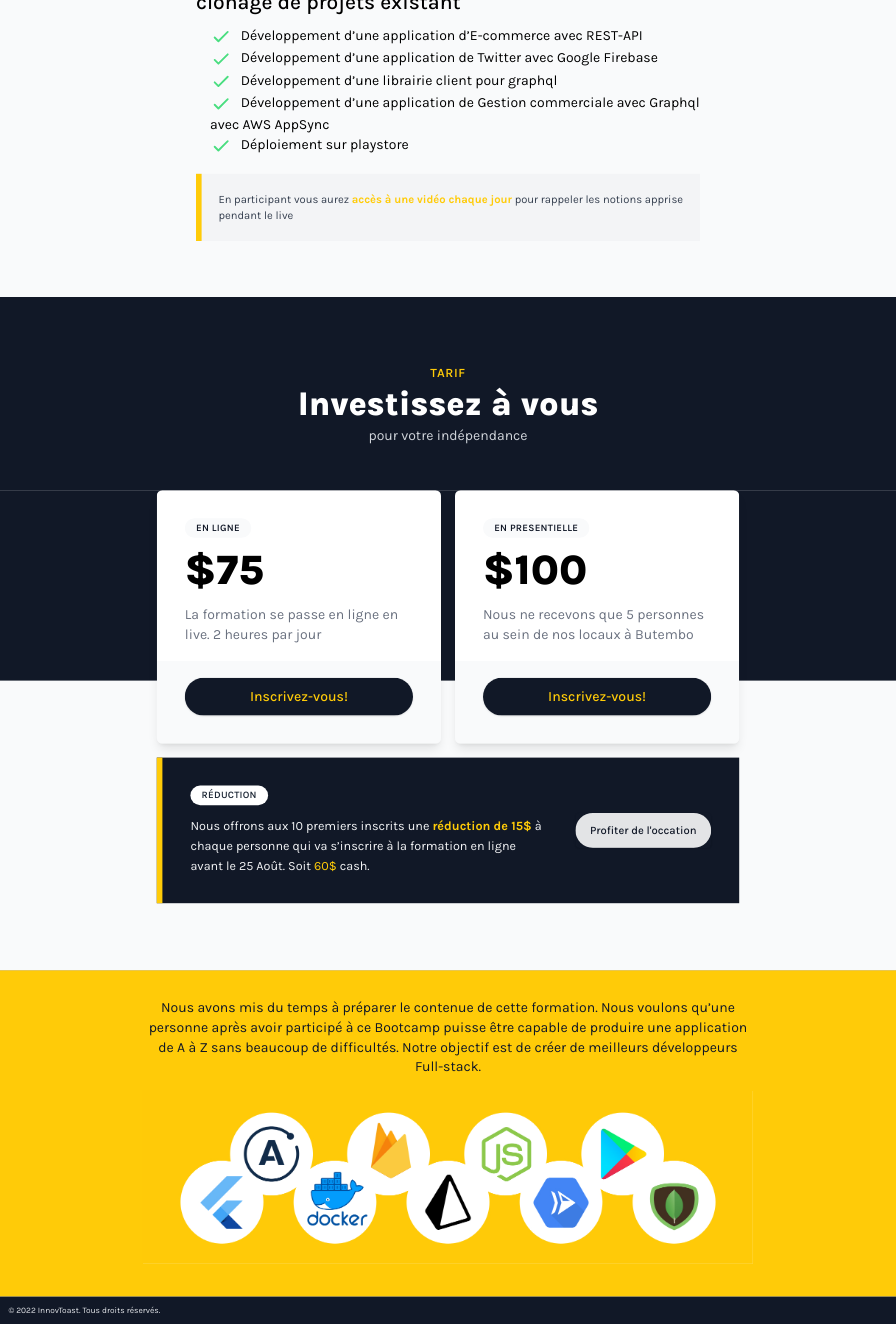
Repository: alfredlwanzo/course
Page: /
An editor plug-in stored every save of this project. The page is shown before and after the next save, followed by the edit.
The browser window is 1280 px wide. The pictures show the part of the page from y = 1956 to 3876 px (the page is 3848 px tall before and 3876 px after), at 70% of full size.
The project was rebuilt for these pictures with package versions that can differ from the ones it lists, and the page was loaded fresh each time. The framework's server and built-in components were replaced by stand-ins that run in the browser. Also part of the build but not shown: next.config.js.

Above is the page before, as saved 2022-08-09 18:06:30.

### pages/_app.tsx
import '../src/styles/globals.css'
import type { AppProps } from 'next/app'

function MyApp({ Component, pageProps }: AppProps) {
  return <Component {...pageProps} />
}

export default MyApp

### pages/_document.tsx
import NextDocument, { Html, Head, Main, NextScript } from "next/document";

type Props = {};

class MyDocument extends NextDocument<Props> {
  render() {
    return (
      <Html>
        <Head>
          <link rel="manifest" href="/manifest.json" />
          <link rel="apple-touch-icon" href="/icon.png"></link>
          <meta name="theme-color" content="#FFCB08" />
          <link rel="icon" href="/favicon.ico" />
        </Head>
        <body>
          <Main />
          <NextScript />
        </body>
      </Html>
    );
  }
}

export default MyDocument;

### pages/index.tsx
import type { NextPage } from "next";
import Head from "next/head";
import Footer from "@src/components/Footers/Footer";
import ContentSection from "@src/components/sections/Content";
import HomeSection from "@src/components/sections/Home";
import PricingSection from "@src/components/sections/Pricing";
import Image from "next/image";

const Home: NextPage = () => {
  return (
    <div className="">
      <Head>
        <title>Innov | Bootcamp pour devenir fullStack developpeur</title>
        <meta
          name="description"
          content="Une machine pour vous transformer en développeur Full-Stack"
        />
        <link rel="icon" href="/favicon.ico" />
      </Head>

      <main className="">
        <section className="bg-primary pt-12 md:pt-28 pb-14 md:pb-28">
          {/* section Home */}
          <HomeSection />
        </section>

        {/* section content */}
        <section className="py-6 md:py-20">
          <ContentSection />
        </section>

        {/* Section pricing */}
        <section>
          <PricingSection />
        </section>
        <section className="bg-primary py-10">
          <div className="max-w-4xl mx-auto px-3">
            <p className="md:text-center text-xl text-gray-900 max-w-4xl mx-auto">
              Nous avons mis du temps à préparer le contenue de cette formation. Nous voulons qu’une personne après avoir participé à ce
              Bootcamp puisse être capable de produire
              une application de A à Z sans beaucoup de difficultés. Notre
              objectif est de créer de meilleurs développeurs Full-stack.
            </p>
            <div className="mt-5">
              <Image
                src="/assets/images/affiche3.jpg"
                alt=""
                width={1658}
                height={469}
                className=""
              />
            </div>
          </div>
        </section>
      </main>

      <Footer />
    </div>
  );
};

export default Home;

### src/styles/globals.css

/* Fonts: Comfortaa & Karla */
@import url('https://fonts.googleapis.com/css2?family=Comfortaa:wght@300;400;500;600;700&display=swap');
@import url('https://fonts.googleapis.com/css2?family=Karla:ital,wght@0,200;0,300;0,400;0,500;0,600;0,700;0,800;1,200;1,300;1,400;1,500;1,600;1,700;1,800&display=swap');

/* tailwind */
@tailwind base;
@tailwind components;
@tailwind utilities;


html,
body {
  padding: 0;
  margin: 0;
  @apply bg-gray-50;
  font-family: 'Karla', sans-serif;
}

a {
  color: inherit;
  text-decoration: none;
}

* {
  box-sizing: border-box;
}

### src/components/Footers/Footer.tsx
import React from 'react'
import Copyright from './Copyright'


const Footer = () => {
  return (
    <div className='bg-gray-900'>
        <Copyright/>
    </div>
  )
}

export default Footer

### src/components/sections/Content.tsx
import React from "react";
import { CheckIcon } from "@heroicons/react/outline";

const ContentSection = () => {
  return (
    <article className="max-w-3xl mx-auto px-3 sm:px-6">
      <blockquote className="bg-gray-900 border-l-8 border-l-primary text-xl text-gray-200 p-4">
        <h6 className="text-primary text-3xl font-extrabold">Contenu de la formation</h6>
        Des projets de A à Z. Du frontend au backend en passant par la conception et l’usage des bonnes pratiques. (flutter, <span className="text-primary">nodejs</span>,  mongodb, <span className="text-primary">google cloud run</span>, docker, ...)
        {/* Nous avons mis du temps à préparer afin de produire un contenue riche. Nous avons appliqué une approche de rendre des notions complexes, faciles à apprendre. Nous voulons qu’une personne après avoir participer à cette formation puisse être capable de produire une application de A à Z sans beaucoup de difficultés. Notre Objectif est de créer de meilleurs développeurs Full-stack. */}
      </blockquote>
      {/* Chapter 1 */}
      <div className="mt-6">
        <h2 className="text-3xl font-medium">
          Chapitre 1. Développer des API pour votre application avec Nodejs
        </h2>
        <ul className="list-inside pl-5 mt-4">
          <li className="text-xl ">
            <CheckIcon className="inline-block h-8 w-8 mr-3 text-green-400" />
            Introduction général à nodejs
          </li>
          <li className="text-xl ">
            <CheckIcon className="inline-block h-8 w-8 mr-3 text-green-400" />
            Structure de contrôle
          </li>
          <li className="text-xl ">
            <CheckIcon className="inline-block h-8 w-8 mr-3 text-green-400" />
            Structure de données
          </li>
          <li className="text-xl ">
            <CheckIcon className="inline-block h-8 w-8 mr-3 text-green-400" />
            Introduction à Express.js
          </li>
          <li className="text-xl ">
            <CheckIcon className="inline-block h-8 w-8 mr-3 text-green-400" />
            Premier API REST avec Express
          </li>
          <li className="text-xl ">
            <CheckIcon className="inline-block h-8 w-8 mr-3 text-green-400" />
            Notion sur Mongodb
          </li>
          <li className="text-xl ">
            <CheckIcon className="inline-block h-8 w-8 mr-3 text-green-400" />
            Express et Mongodb + Prisma
          </li>
          <li className="text-xl ">
            <CheckIcon className="inline-block h-8 w-8 mr-3 text-green-400" />
            Notion sur le Graphql
          </li>
          <li className="text-xl ">
            <CheckIcon className="inline-block h-8 w-8 mr-3 text-green-400" />
            Apollo-graphql + mongoose
          </li>
        </ul>
      </div>
      {/* Chapitre 2 */}
      <div className="mt-6">
        <h2 className="text-3xl font-medium">
          Chapitre 2. Mise en pratique de développement serveur
        </h2>
        <ul className="list-inside pl-5 mt-4 ">
          <li className="text-xl ">
            <CheckIcon className="inline-block h-8 w-8 mr-3 text-green-400" />
            REST-API d’E-commerce avec express et mongodb
          </li>
          <li className="text-xl ">
            <CheckIcon className="inline-block h-8 w-8 mr-3 text-green-400" />
            Graphql-API d’application de gestion avec apollo-server et mongodb
          </li>
          <li className="text-xl ">
            <CheckIcon className="inline-block h-8 w-8 mr-3 text-green-400" />
            Dockerfile
          </li>
          <li className="text-xl ">
            <CheckIcon className="inline-block h-8 w-8 mr-3 text-green-400" />
            Déploiement sur Google cloud Run
          </li>
        </ul>
      </div>
      <blockquote className="border-l-8 border-l-primary p-6 mt-6 bg-gray-100 text-gray-700">
      Avec 6 projets réels à développer,
            nous espèrons que vous allez aimer l’aventure.{" "}
            <span className="font-comfortaa font-bold">Innov</span> (notre
            équipe) prépare les séances avec totale concentration, dans le but
            de vous fournir du contenu riche et surtout simple à comprendre.
      </blockquote>
      {/* Chapitre 3 */}
      <div className="mt-6">
        <h2 className="text-3xl font-medium">
          Chapitre 3. Développement mobile avec Flutter
        </h2>
        <ul className="list-inside pl-5 mt-4 ">
          <li className="text-xl ">
            <CheckIcon className="inline-block h-8 w-8 mr-3 text-green-400" />
            Introduction au langage Dart
          </li>
          <li className="text-xl ">
            <CheckIcon className="inline-block h-8 w-8 mr-3 text-green-400" />
            Introduction à flutter
          </li>
          <li className="text-xl ">
            <CheckIcon className="inline-block h-8 w-8 mr-3 text-green-400" />
            Composants (Widgets)
          </li>
          <li className="text-xl ">
            <CheckIcon className="inline-block h-8 w-8 mr-3 text-green-400" />
            State management (Provider)
          </li>
          <li className="text-xl ">
            <CheckIcon className="inline-block h-8 w-8 mr-3 text-green-400" />
            Flutter et Firebase
          </li>
          <li className="text-xl ">
            <CheckIcon className="inline-block h-8 w-8 mr-3 text-green-400" />
            Flutter et SQLite pour le stockage local
          </li>
          <li className="text-xl ">
            <CheckIcon className="inline-block h-8 w-8 mr-3 text-green-400" />
            Flutter pour le Media (Camera, Image, vidéo, audio)
          </li>
        </ul>
      </div>
       {/* Chapitre 4 */}
       <div className="mt-6">
        <h2 className="text-3xl font-medium">
          Chapitre 4. Mise en pratique complète, Section de clonage de projets existant
        </h2>
        <ul className="list-inside pl-5 mt-4 ">
          <li className="text-xl ">
            <CheckIcon className="inline-block h-8 w-8 mr-3 text-green-400" />
            Développement d’une application d’E-commerce avec REST-API
          </li>
          <li className="text-xl ">
            <CheckIcon className="inline-block h-8 w-8 mr-3 text-green-400" />
            Développement d’une application de Twitter avec Google Firebase
          </li>
          <li className="text-xl ">
            <CheckIcon className="inline-block h-8 w-8 mr-3 text-green-400" />
            Développement d’une librairie client pour graphql
          </li>
          <li className="text-xl ">
            <CheckIcon className="inline-block h-8 w-8 mr-3 text-green-400" />
            Développement d’une application de Gestion commerciale avec Graphql avec AWS AppSync
          </li>
          <li className="text-xl ">
            <CheckIcon className="inline-block h-8 w-8 mr-3 text-green-400" />
            Déploiement sur playstore
          </li>
        </ul>
      </div>
      <blockquote className="border-l-8 border-l-primary p-6 mt-6 bg-gray-100 text-gray-700">
        En participant vous aurez <span className="font-bold text-primary">accès à une vidéo chaque jour</span> pour rappeler les notions apprise pendant le live
      </blockquote>
    </article>
  );
};

export default ContentSection;

### src/components/sections/Home.tsx
import React from "react";
import SubscribeButton from "../buttons/SubscribeButton";
import PairProgramming from "../icons/PairProgramming";

const HomeSection = () => {
  return (
    <div className="max-w-7xl mx-auto px-3 sm:px-6">
      <div className="grid md:grid-cols-2 gap-10 lg:gap-0">
        <div className="border-l-8 border-l-gray-900 pl-3">
          <div className="bg-gray-700 bg-opacity-40 w-max py-1 px-3 rounded-full">
            <h6 className="font-bold text-sm md:text-base text-primary">
              Du 1 septembre au 25 octobre 2022.
            </h6>
          </div>
          <h1 className="text-4xl sm:text-5xl text-gray-900 font-extrabold uppercase mt-2">
            Bootcamp pour devenir full-stack developpeur
          </h1>
          <p className="text-xl mt-2 text-gray-900">
            Une machine pour vous transformer en développeur
            Full-Stack. Vous allez apprendre plusieurs notions difficiles à
            trouver dans nos universités.
          </p>
          <div className="hidden md:block mt-9">
            <SubscribeButton />
          </div>
        </div>
        <div className="flex flex-col items-center justify-center">
          <PairProgramming className="w-auto h-48 sm:h-52 md:h-80 -bottom-10" />
          <div className="block md:hidden mt-12">
            <SubscribeButton />
          </div>
        </div>
      </div>
    </div>
  );
};

export default HomeSection;

### src/components/sections/Pricing.tsx

const tiers = [
  {
    name: 'En ligne',
    href: 'https://wa.me/+243978154329',
    price: 75,
    description: "La formation se passe en ligne en live.  2 heures par jour",
  },
  {
    name: 'En presentielle',
    href: 'https://wa.me/+243978154329',
    price: 100,
    description: 'Nous ne recevons que 5 personnes au sein de nos locaux à Butembo',
  },
]

export default function PricingSection() {
  return (
    <div className="bg-gray-900">
      <div className="pt-12 sm:pt-16 lg:pt-24">
        <div className="max-w-4xl mx-auto text-center px-4 sm:px-6 lg:px-8">
          <div className="max-w-3xl mx-auto space-y-2 lg:max-w-none">
            <h2 className="text-lg leading-6 font-semibold text-primary uppercase tracking-wider">Tarif</h2>
            <p className="text-3xl font-extrabold text-white sm:text-4xl lg:text-5xl">
            Investissez à vous
            </p>
            <p className="text-xl text-gray-300">
              pour votre indépendance
            </p>
          </div>
        </div>
      </div>
      <div className="mt-8 pb-12 bg-gray-50 sm:mt-12 sm:pb-16 lg:mt-16 lg:pb-24">
        <div className="relative">
          <div className="absolute inset-0 h-3/4 bg-gray-900" />
          <div className="relative z-10 max-w-4xl mx-auto px-4 sm:px-6 lg:px-8">
            <div className="max-w-md mx-auto space-y-4 lg:max-w-5xl lg:grid lg:grid-cols-2 lg:gap-5 lg:space-y-0">
              {tiers.map((tier) => (
                <div key={tier.name} className="flex flex-col rounded-lg shadow-lg overflow-hidden">
                  <div className="px-6 py-8 bg-white sm:p-10 sm:pb-6">
                    <div>
                      <h3
                        className="inline-flex px-4 py-1 rounded-full text-sm font-semibold tracking-wide uppercase bg-gray-50 text-gray-900"
                        id="tier-standard"
                      >
                        {tier.name}
                      </h3>
                    </div>
                    <div className="mt-4 flex items-baseline text-6xl font-extrabold">
                      ${tier.price}
                    </div>
                    <p className="mt-5 text-xl text-gray-500">{tier.description}</p>
                  </div>
                  <div className="flex-1 flex flex-col justify-between px-6 pt-6 pb-8 bg-gray-50 space-y-6 sm:p-10 sm:pt-6">

                    <div className="rounded-full shadow">
                      <a
                        href={tier.href}
                        target="_blank"
                        rel="noreferrer"
                        className="flex items-center justify-center px-5 py-3 border border-transparent text-xl font-medium rounded-full text-primary bg-gray-900 hover:bg-gray-900"
                        aria-describedby="tier-standard"
                      >
                        Inscrivez-vous!
                      </a>
                    </div>
                  </div>
                </div>
              ))}
            </div>
          </div>
        </div>
        <div className="mt-4 relative max-w-4xl mx-auto px-4 sm:px-6 lg:px-8 lg:mt-5">
          <div className="max-w-md mx-auto lg:max-w-5xl">
            <div className="border-l-8 border-l-primary bg-gray-900 px-6 py-8 sm:p-10 lg:flex lg:items-center">
              <div className="flex-1">
                <div>
                  <h3 className="inline-flex px-4 py-1 rounded-full text-sm font-semibold tracking-wide uppercase bg-white text-gray-800">
                    Réduction
                  </h3>
                </div>
                <div className="mt-4 text-lg text-gray-100">
                Nous offrons aux 10 premiers inscrits une <span className="font-bold text-primary">réduction de 15$</span> à chaque personne qui va s’inscrire à la formation en ligne avant le 25 Août. Soit <span className="text-primary">60$</span> cash.
                </div>
              </div>
              <div className="mt-6 rounded-md shadow lg:mt-0 lg:ml-10 lg:flex-shrink-0">
                <a
                  href="https://wa.me/+243978154329"
                  target="_blank"
                  rel="noreferrer"
                  className="flex items-center justify-center animate-pulse px-5 py-3 border border-transparent text-base font-medium rounded-full text-gray-900 bg-white hover:bg-gray-50"
                >
                  Profiter de l&apos;occation
                </a>
              </div>
            </div>

          </div>
        </div>
      </div>
    </div>
  )
}

### src/components/Footers/Copyright.tsx
import React from 'react'

const Copyright = () => {
  return (
    <div className='max-w-7xl mx-auto px-3 sm:px-6" py-3 text-gray-200 '>
        <p className='text-xs'>© 2022 InnovToast. Tous droits réservés.</p>
    </div>
  )
}

export default Copyright

### src/components/buttons/SubscribeButton.tsx
import React from "react";

const SubscribeButton = () => {
  return (
    <a
      href="https://wa.me/+243978154329"
      target="_blank"
      rel="noreferrer"
      className="bg-gray-900 text-primary animate-pulse py-4 px-10 text-xl font-semibold rounded-full border-4 border-gray-800 hover:bg-opacity-95 hover:border-gray-900"
    >
      Inscrivez-vous!
    </a>
  );
};

export default SubscribeButton;

Loaded but not shown: tailwind.config.js (24 lines, source omitted); src/components/icons/PairProgramming.tsx (865 lines, source omitted)

After the next save:
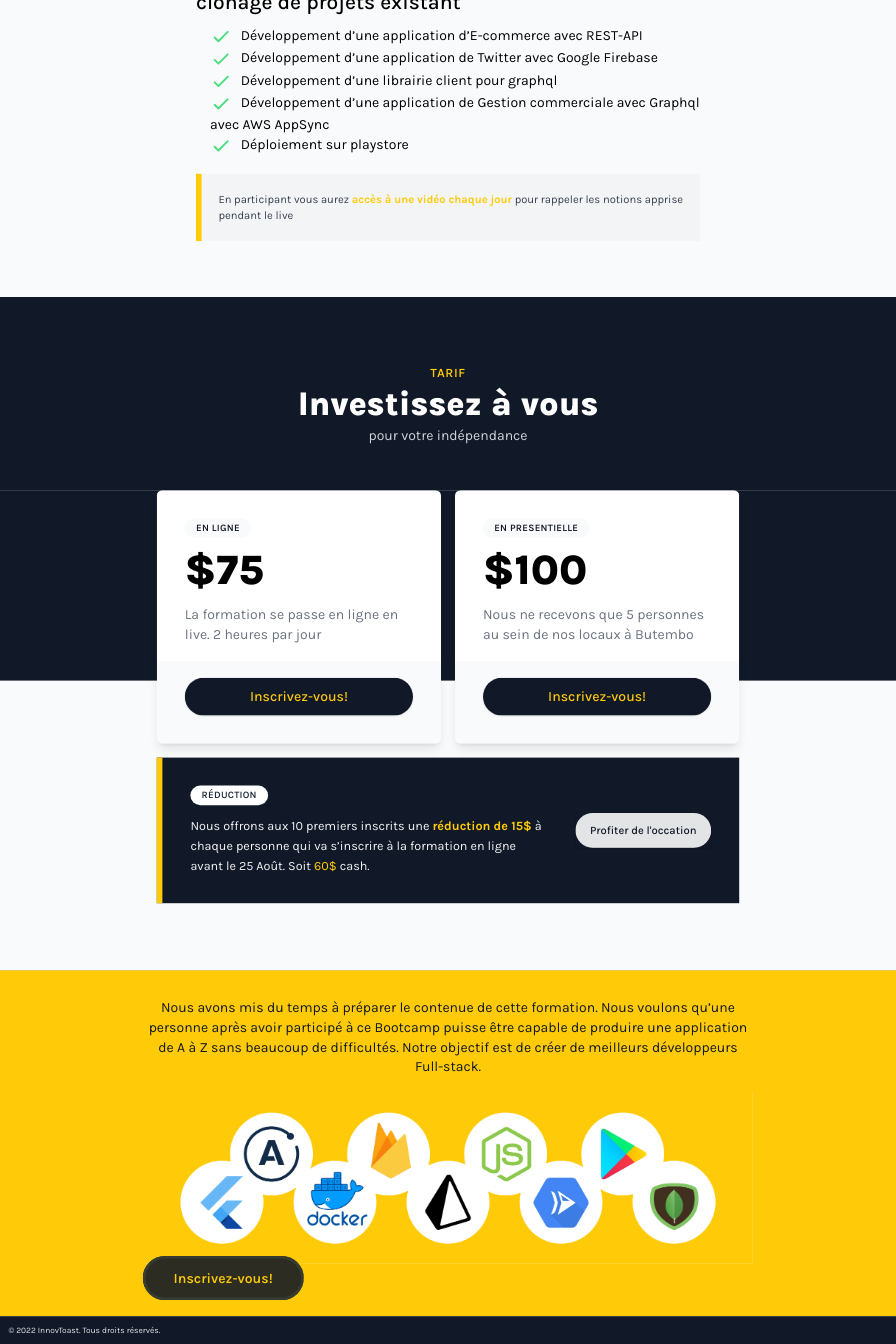
Saved 2 min 22 s later.
--- a/pages/index.tsx
+++ b/pages/index.tsx
@@ -5,6 +5,7 @@
 import HomeSection from "@src/components/sections/Home";
 import PricingSection from "@src/components/sections/Pricing";
 import Image from "next/image";
+import SubscribeButton from "@src/components/buttons/SubscribeButton";
 
 const Home: NextPage = () => {
   return (
@@ -49,6 +50,7 @@
                 height={469}
                 className=""
               />
+              <div><SubscribeButton /></div>
             </div>
           </div>
         </section>
